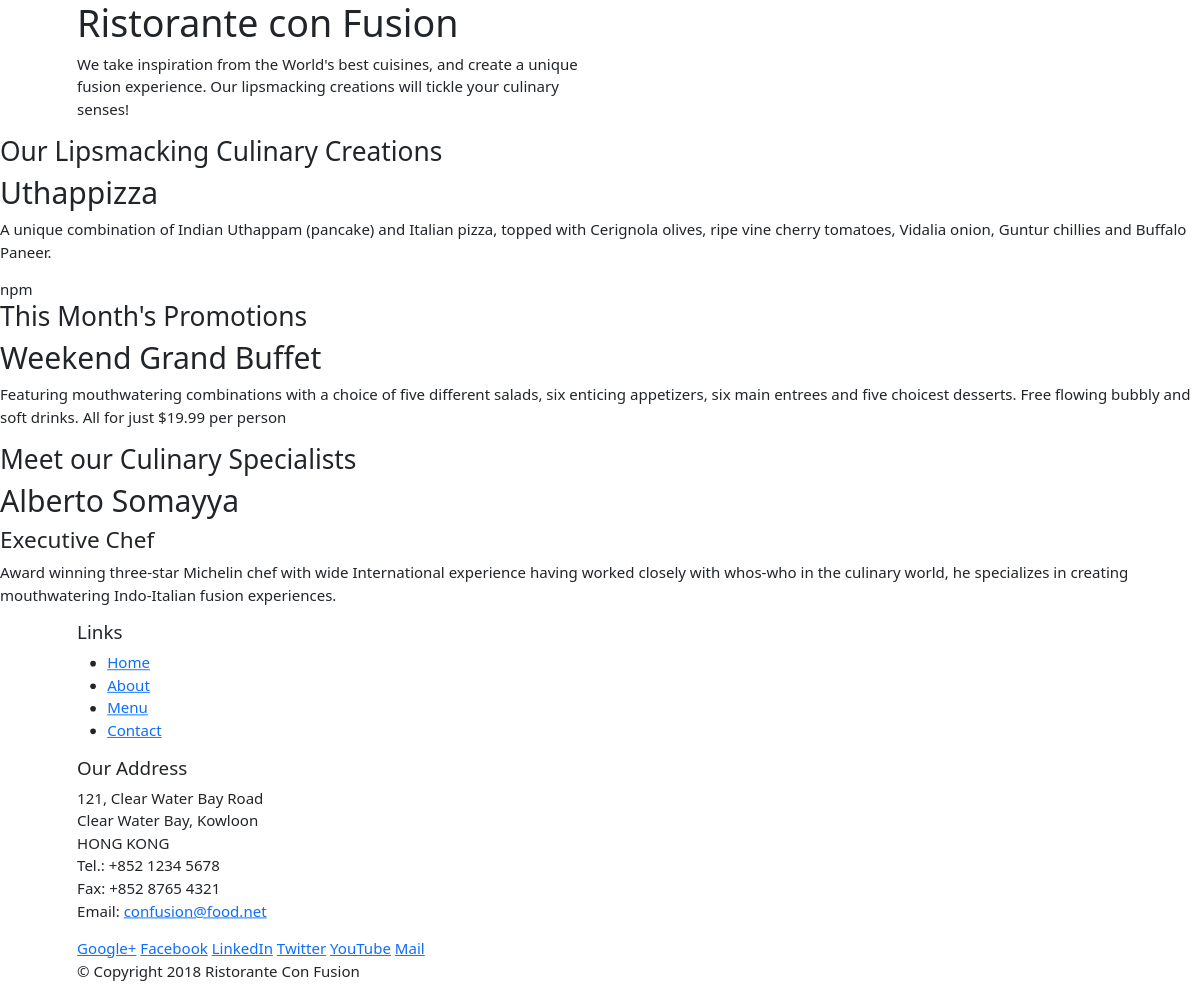
Repository: GiaBaooLe/Reactjs
Page: index.html
An editor plug-in stored every save of this project. The page is shown before and after the next save, followed by the edit.
The browser window is 1280 px wide. The pictures show the whole page, at 94% of full size.
Some web libraries are served in a nearby version.

Above is the page before, as saved 2023-09-12 13:48:10.

After the next save:
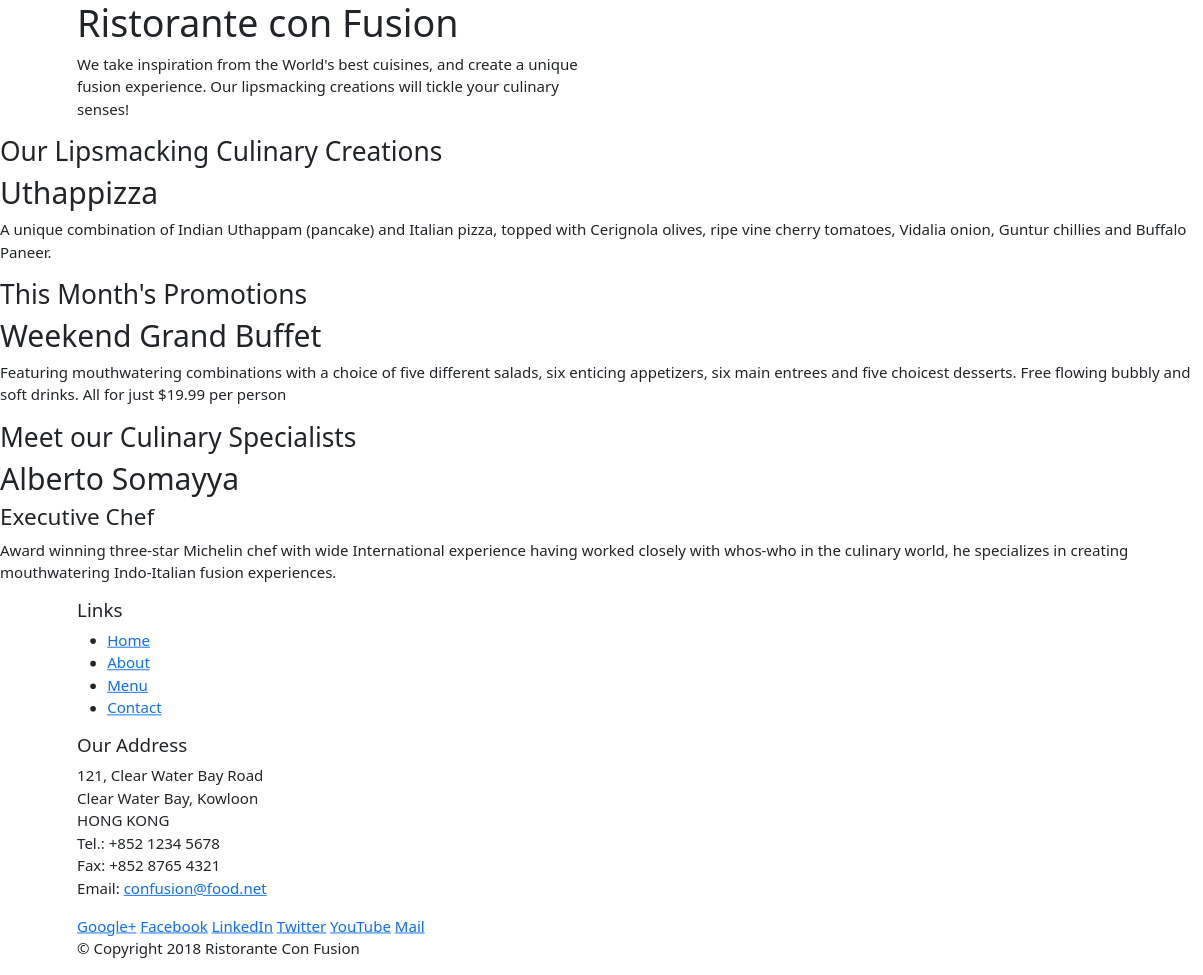
Saved 2 min 11 s later.
--- a/index.html
+++ b/index.html
@@ -53,7 +53,7 @@
           </p>
         </div>
       </div>
-      npm
+
 
       <div>
         <div>
